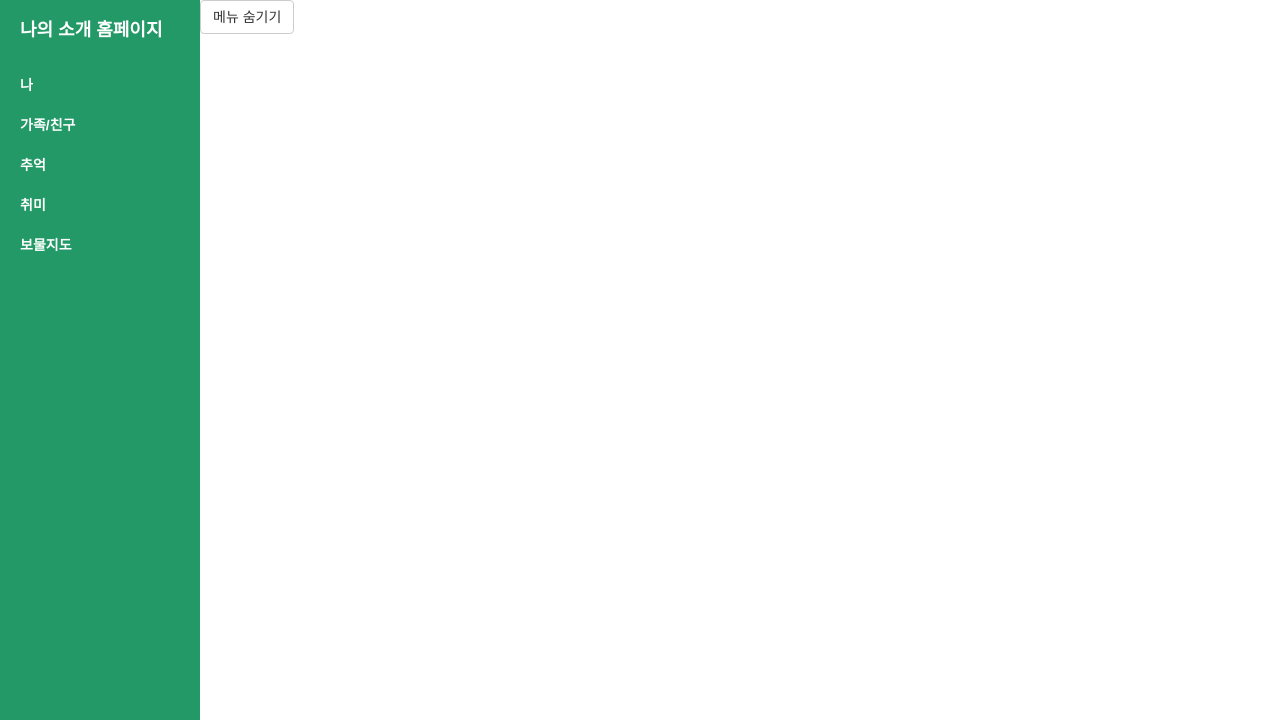
Repository: xlwindlx/HTML
Page: main.html
The author's editor kept a record of every edit. The page is drawn from the files as they stood at one moment, then again after the next edit.
The browser window is 1280 px wide. The pictures show the whole page.

Above is the page before.

### main.html
<!DOCTYPE HTML>
<html>
    <head>
        <meta charset="UTF-8">
        <title>자기소개 홈페이지</title>
        <link href="css/bootstrap.min.css" rel="stylesheet">
        <link href="css/simple-sidebar.css" rel="stylesheet">
        <script src="js/jquery.js"></script><!-- 메뉴 토글 기능-->
        <script src="js/bootstrap.min.js"></script>
    </head>
    <body>
        <div id="wrapper">
            <!-- 사이드바 -->
            <div id="sidebar-wrapper">
                <ul class="sidebar-nav"> <!-- 사이드바 메뉴 css -->
                    <li class="sidebar-brand"><a href="./main.html">나의 소개 홈페이지</a></li>
                    <li><a href = "./me.html">나</a></li>
                    <li><a href = "./friends.html">가족/친구</a></li>
                    <li><a href = "./memory.html">추억</a></li>
                    <li><a href = "./hobby.html">취미</a></li>
                    <li><a href = "./tresure.html">보물지도</a></li>
                </ul>
            </div>

        <a href="toggle_menu" class="btn btn-default" id="toggle_menu">메뉴 숨기기</a>
        </div>

        <!-- 메뉴 토글 버튼 -->
        <script>
        $("#toggle_menu").click(function(e)
        {
            e.preventDefault();
            $("#wrapper").toggleClass("toggled");
        });
        </script>
    </body>
</html>

### css/simple-sidebar.css
/*!
 * Start Bootstrap - Simple Sidebar (http://startbootstrap.com/)
 * Copyright 2013-2016 Start Bootstrap
 * Licensed under MIT (https://github.com/BlackrockDigital/startbootstrap/blob/gh-pages/LICENSE)
 */

 body {
    overflow-x: hidden;
 }

/* Toggle Styles */

#wrapper {
    padding-left: 0;
    -webkit-transition: all 0.5s ease;
    -moz-transition: all 0.5s ease;
    -o-transition: all 0.5s ease;
    transition: all 0.5s ease;
}

#wrapper.toggled {
    padding-left: 250px;
}

#sidebar-wrapper {
    z-index: 1000;
    position: fixed;
    left: 250px;
    width: 0;
    height: 100%;
    margin-left: -250px;
    overflow-y: auto;
    background: #000;
    -webkit-transition: all 0.5s ease;
    -moz-transition: all 0.5s ease;
    -o-transition: all 0.5s ease;
    transition: all 0.5s ease;
}

#wrapper.toggled #sidebar-wrapper {
    width: 250px;
}

#page-content-wrapper {
    width: 100%;
    position: absolute;
    padding: 15px;
}

#wrapper.toggled #page-content-wrapper {
    position: absolute;
    margin-right: -250px;
}

/* Sidebar Styles */
/* 사이드 바 배경 */
.sidebar-nav {
    position: absolute;
    top: 0;
    width: 200px;
    margin: 0;
    padding: 0;
    list-style: none;

}

.sidebar-nav li {
    text-indent: 20px;
    line-height: 40px;
}
/* 하위 메뉴 타이틀 */
.sidebar-nav li a {
    display: block;
    text-decoration: none;
    color: #FFFFFF;
    font-weight: bold;
}

.sidebar-nav li a:hover {
    text-decoration: none;
    color: #fff;
    background: rgba(255,255,255,0.2);
}

.sidebar-nav li a:active,
.sidebar-nav li a:focus {
    text-decoration: none;
}
/*사이드바 타이틀 */
.sidebar-nav > .sidebar-brand {
    height: 65px;
    font-size: 18px;
    line-height: 60px;
}

 /* 타이틀 글씨 */
.sidebar-nav > .sidebar-brand a {
    color: #333333;
    font-weight: bold;
}

.sidebar-nav > .sidebar-brand a:hover {
    color: #fff;
    background: none;
}

@media(min-width:768px) {
    /* 토글 메뉴버튼 */
    #wrapper {
        padding-left: 200px;
    }

    #wrapper.toggled {
        padding-left: 0;
    }
    /* 사이드바 전체 배경 */
    #sidebar-wrapper {
        width: 200px;
        background-color: #229966;
    }

    #wrapper.toggled #sidebar-wrapper {
        width: 0;
    }

    #page-content-wrapper {
        padding: 20px;
        position: relative;
    }

    #wrapper.toggled #page-content-wrapper {
        position: relative;
        margin-right: 0;
    }
}

Loaded but not shown: css/bootstrap.min.css (library); js/jquery.js (library); js/bootstrap.min.js (library)

After the next edit:
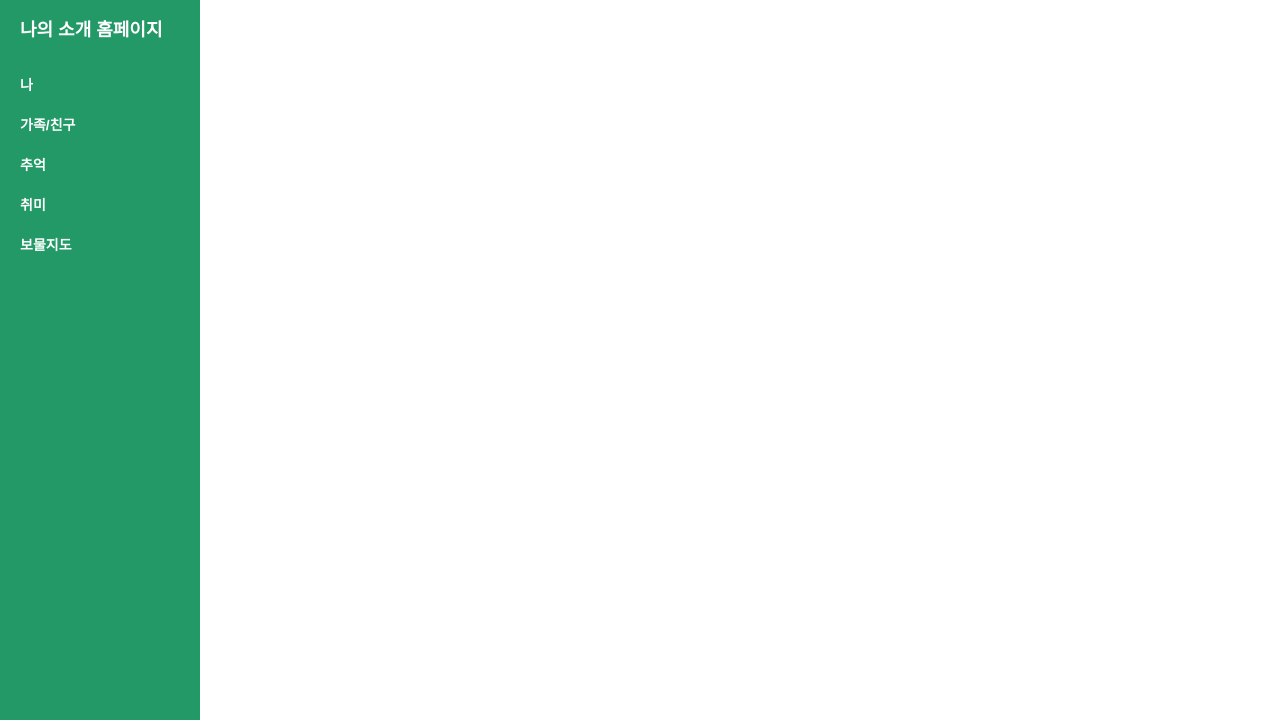
The edit:
--- a/main.html
+++ b/main.html
@@ -22,7 +22,7 @@
                 </ul>
             </div>
 
-        <a href="toggle_menu" class="btn btn-default" id="toggle_menu">메뉴 숨기기</a>
+
         </div>
 
         <!-- 메뉴 토글 버튼 -->

After the edit that followed:
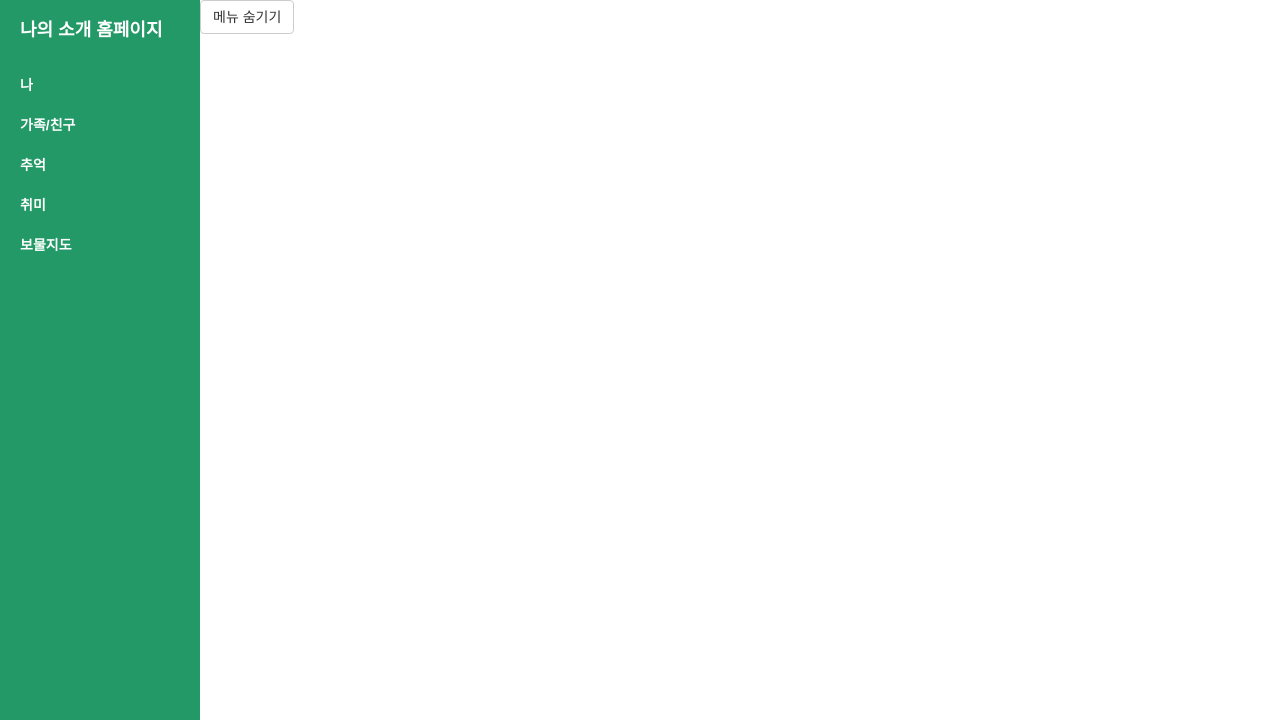
The edit:
--- a/main.html
+++ b/main.html
@@ -21,8 +21,8 @@
                     <li><a href = "./tresure.html">보물지도</a></li>
                 </ul>
             </div>
-
-
+        <!--본문 영역-->
+        <a href="toggle_menu" class="btn btn-default" id="toggle_menu">메뉴 숨기기</a>
         </div>
 
         <!-- 메뉴 토글 버튼 -->
